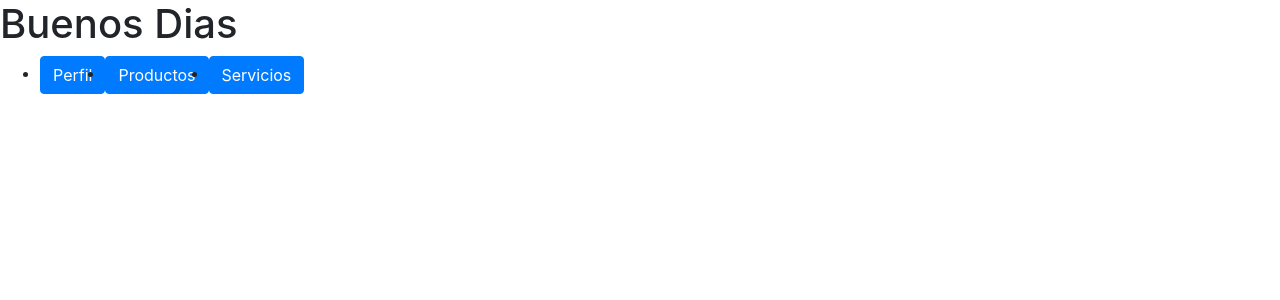
Repository: Alemartinez97/New-Repository
Page: programacion-3/tp4/index.html
An editor plug-in stored every save of this project. The page is shown before and after the next save, followed by the edit.
The browser window is 1280 px wide. The pictures show the whole page.

Above is the page before, as saved 2020-06-11 15:26:26.

### programacion-3/tp4/index.html
<!DOCTYPE html>
<html lang="en">
<head>
    <meta charset="UTF-8">
    <meta name="viewport" content="width=device-width, initial-scale=1.0">
    <title>Bienvenido</title>
    <link rel="stylesheet" href="https://stackpath.bootstrapcdn.com/bootstrap/4.5.0/css/bootstrap.min.css" integrity="sha384-9aIt2nRpC12Uk9gS9baDl411NQApFmC26EwAOH8WgZl5MYYxFfc+NcPb1dKGj7Sk" crossorigin="anonymous">
</head>
<body>
  <h1 class="h1">Buenos Dias</h1>
  <ul  class="btn-group dropup">
    <li><a href="./tareas/lista.html" class="btn btn-primary">Perfil</a></li>
    <li><a href="producto.html" class="btn btn-primary">Productos</a></li>
    <li><a href="servicio.html" class="btn btn-primary">Servicios</a></li>
    </ul>
</body>
</html>

After the next save:
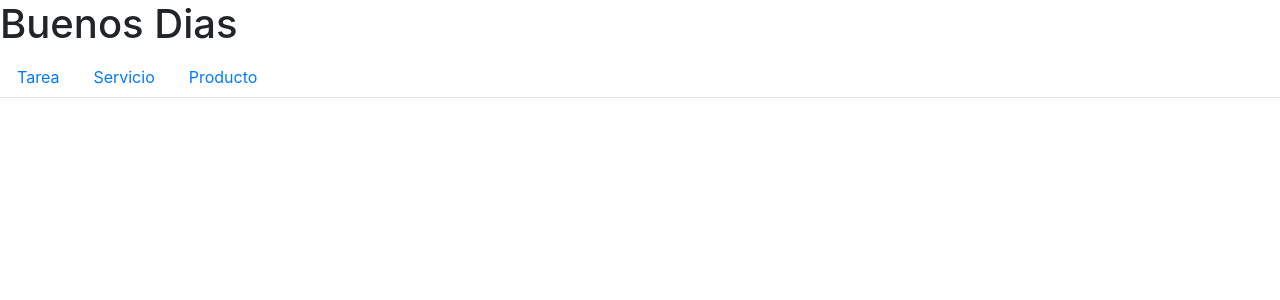
Saved 3 min 50 s later.
--- a/programacion-3/tp4/index.html
+++ b/programacion-3/tp4/index.html
@@ -8,10 +8,16 @@
 </head>
 <body>
   <h1 class="h1">Buenos Dias</h1>
-  <ul  class="btn-group dropup">
-    <li><a href="./tareas/lista.html" class="btn btn-primary">Perfil</a></li>
-    <li><a href="producto.html" class="btn btn-primary">Productos</a></li>
-    <li><a href="servicio.html" class="btn btn-primary">Servicios</a></li>
-    </ul>
+  <ul class="nav nav-tabs">
+    <li class="nav-item">
+      <a class="nav-link" href="./tareas/lista.html" >Tarea</a>
+    </li>
+    <li class="nav-item">
+      <a class="nav-link" href="servicio.html" >Servicio</a>
+    </li>
+    <li class="nav-item">
+      <a class="nav-link" href="producto.html">Producto</a>
+    </li>
+  </ul>
 </body>
 </html>
